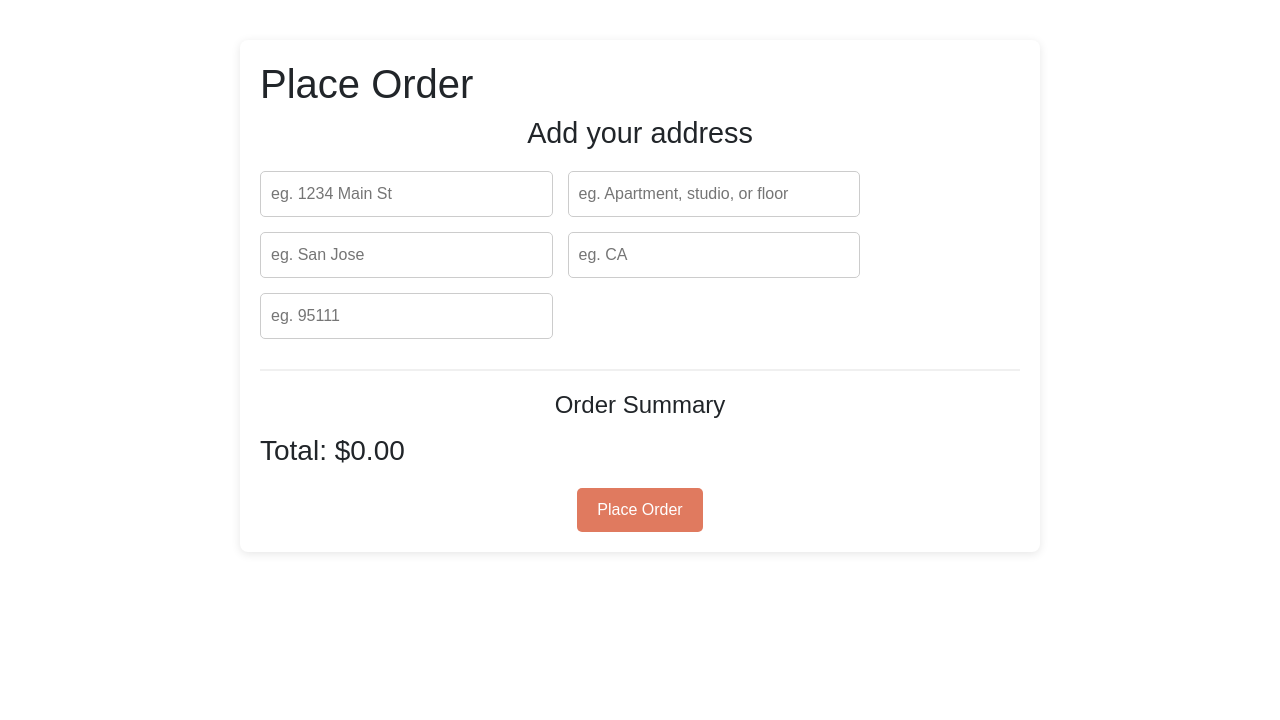
Repository: chelseajaculina/lab2-uber-eats
Page: /order (app in frontend/)
These files come from the project's save history. The page is drawn as it stood at one moment and after the next save; the edit follows.
The browser window is 1280 px wide. The pictures show the whole page.
The page's requests for data from a server got no answer. The project was rebuilt for these pictures with package versions that can differ from the ones it lists, and the page was loaded fresh each time. No one was signed in, and anything a server would have sent is missing. Also part of the build but not shown: frontend/src/components/Home.css, frontend/src/components/Logout.css, frontend/src/components/Logout.js, frontend/src/components/CartModal.css, frontend/src/components/CartModal.js, frontend/src/components/NavBarHome.js, frontend/src/components/Home.js, frontend/src/components/CustomerSignUp.js and 25 more.

Above is the page before, as saved 2024-11-21 17:39:23.

### frontend/src/components/OrderPage.js
import React, { useState, useEffect } from 'react';
import { useLocation, useNavigate } from 'react-router-dom';
import './OrderPage.css';

const OrderPage = () => {
  const location = useLocation();
  const navigate = useNavigate();
  const cart = location.state?.cart || []; // Retrieve cart data from navigation state

  const [addresses, setAddresses] = useState([]);
  const [selectedAddress, setSelectedAddress] = useState('');
  const [isOrderPlaced, setIsOrderPlaced] = useState(false); // State to track if the order is placed

  const calculateTotal = () =>
    cart.reduce((total, item) => total + (parseFloat(item.price) || 0) * item.quantity, 0).toFixed(2);

  // Fetch saved addresses from the backend
  useEffect(() => {
    const fetchAddresses = async () => {
      try {
        const response = await fetch('/api/customers/addresses', {
          method: 'GET',
          headers: {
            'Content-Type': 'application/json',
            Authorization: `Bearer ${localStorage.getItem('token')}`, // Add token if needed
          },
        });

        if (response.ok) {
          const data = await response.json();
          setAddresses(data.addresses || []);
        } else {
          console.error('Failed to fetch addresses');
        }
      } catch (error) {
        console.error('Error fetching addresses:', error);
      }
    };

    fetchAddresses();
  }, []);

  const handlePlaceOrder = () => {
    // Simulate an API call to place the order
    setTimeout(() => {
      setIsOrderPlaced(true); // Set order placed to true
    }, 1000); // Simulate delay for API call
  };

  return (
    <div className="order-page">
      <h1>Place Order</h1>
      <h2>Add your address</h2>
      <form className="new-address-form">
        <input type="text" name="street" placeholder="eg. 1234 Main St" />
        <input type="text" name="apartment" placeholder="eg. Apartment, studio, or floor" />
        <input type="text" name="city" placeholder="eg. San Jose" />
        <input type="text" name="state" placeholder="eg. CA" />
        <input type="text" name="zipcode" placeholder="eg. 95111" />
        {/* <button type="submit">Submit</button> */}
      </form>
      <div className="order-summary">
        <h2>Order Summary</h2>
        {cart.map((item) => (
          <div key={item.id} className="summary-item">
            <span>{item.name}</span>
            <span>Qty: {item.quantity}</span>
            <span>${(parseFloat(item.price) * item.quantity).toFixed(2)}</span>
          </div>
        ))}
        <h3>Total: ${calculateTotal()}</h3>
        {!isOrderPlaced && (
          <button className="place-order-button" onClick={handlePlaceOrder}>
            Place Order
          </button>
        )}
      </div>
      {isOrderPlaced && (
        <div className="confirmation-message">
          <h3>Congratulations!</h3>
          <p>
            Your order has been placed! Stay hungry, our delivery executive will
            be assigned shortly.
          </p>
          <button onClick={() => navigate('/')} className="dashboard-button">
            Go to Dashboard
          </button>
        </div>
      )}
    </div>
  );
};

export default OrderPage;

### frontend/src/components/SignUp.css
/* Shared container styling for login and signup */
.signup-container {
    display: flex;
    flex-direction: column;
    align-items: center;
    padding: 20px;
    width: 100%;
    background-color: #f7f7f7; /* Light gray background */
}

/* Shared header styling for both signup and login */
.signup-header {
    background-color: transparent;
    width: 100%;
    text-align: center;
    padding: 10px;
}

/* Brand title styling for consistency */
.brand-title {
    color: #000; /* Black color for "Uber" */
    font-size: 24px;
}

.brand-title span {
    color: #34a853; /* Green color for "Eats" */
}

/* Container to hold both forms side by side */
.signup-forms {
    display: flex;
    justify-content: space-between;
    width: 80%;
    max-width: 1200px;
    gap: 20px; /* Space between the two forms */
    margin-top: 20px;
}

/* Styling for each individual form container */
.form-container {
    flex: 1;
    background-color: white;
    padding: 20px;
    border-radius: 10px;
    box-shadow: 0 4px 10px rgba(0, 0, 0, 0.1);
    text-align: center;
}

/* Shared form styling for inputs and buttons */
.signup-form, .login-form {
    display: flex;
    flex-direction: column;
    width: 100%;
    margin-top: 20px;
}

.signup-form h2, h2 {
    text-align: center;
    font-size: 18px;
    margin-bottom: 10px;
    color: #333;
}

.signup-form input,  input {
    width: 100%;
    padding: 12px;
    margin: 8px 0;
    border-radius: 8px;
    border: 1px solid #ccc;
    font-size: 16px;
}

.continue-button {
    background-color: black;
    color: white;
    padding: 12px;
    border: none;
    border-radius: 8px;
    font-size: 16px;
    cursor: pointer;
    margin-top: 10px;
}

.divider {
    display: flex;
    align-items: center;
    text-align: center;
    margin: 20px 0;
}

.line {
    flex: 1;
    height: 1px;
    background-color: #ccc;
    border: none;
}



.google-button, .apple-button, .qr-code-button {
    display: flex;
    align-items: center;
    justify-content: center;
    background-color: #f5f5f5;
    color: black;
    padding: 12px;
    margin: 8px 0;
    border-radius: 8px;
    border: 1px solid #ccc;
    font-size: 16px;
    cursor: pointer;
}

.google-button img, .apple-button img, .qr-code-button img {
    width: 20px;
    height: 20px;
    margin-right: 10px;
}

.disclaimer {
    font-size: 12px;
    color: gray;
    text-align: center;
    margin-top: 10px;
    line-height: 1.5;
}

.link-button {
    color: #000;
    font-weight: bold;
    text-decoration: none;
    cursor: pointer;
    background: #000;  /* Remove default background */
    border: none;      /* Remove default border */
    padding: 0.5rem;   /* Optional padding to make it look button-like */
    color: #fff;
}

/* Responsive design for smaller screens */
@media (max-width: 768px) {
    .signup-forms {
        flex-direction: column;
        align-items: center;
    }

    .form-container {
        width: 100%;
        margin-bottom: 20px;
    }
}


/* Stretch buttons across form container */
.google-button, .apple-button, .qr-code-button {
    display: flex;
    align-items: center;
    justify-content: center;
    background-color: #f5f5f5;
    color: black;
    padding: 12px;
    margin: 8px 0;
    border-radius: 8px;
    border: 1px solid #ccc;
    font-size: 16px;
    cursor: pointer;
    width: 100%; /* Make buttons full width */
    max-width: 300px; /* Optional max-width to keep buttons from getting too wide */
}

/* Center the buttons within the form container */
.signup-form, .login-form {
    display: flex;
    flex-direction: column;
    align-items: center; /* Center all elements horizontally */
    width: 100%;
    margin-top: 20px;
}

/* Center the button icon */
.google-button .icon, .apple-button .icon, .qr-code-button .icon {
    margin-right: 10px;
    font-size: 20px;
}

### frontend/src/components/CustomerProfile.css
/* Main Container */
.dashboard-container {
    display: flex;
    font-family: Arial, sans-serif;
  }

  /* Sidebar */
  .sidebar {
    width: 250px;
    background-color: #000;
    color: #fff;
    padding: 20px;
    min-height: 100vh;
  }

  .sidebar h2 {
    font-size: 1.2em;
    margin-bottom: 20px;
    color: #fff;
  }

  .sidebar ul {
    list-style-type: none;
    padding: 0;
  }

  .sidebar ul li {
    padding: 15px 0;
    color: #ccc;
    cursor: pointer;
  }

  .sidebar ul li:hover,
  .sidebar ul li.active {
    color: #fff;
    background-color: #333;
    padding-left: 10px;
    border-radius: 5px;
  }

  /* Content Section */
  .content {
    flex: 1;
    padding: 40px;
  }

  .content h1 {
    font-size: 2em;
    font-weight: bold;
    margin-bottom: 20px;
  }

  /* Form Styling */
  form {
    display: flex;
    flex-direction: column;
    gap: 15px;
    max-width: 600px;
    margin-bottom: 30px;
  }

  form label {
    font-weight: bold;
    margin-bottom: 5px;
  }

  form input[type="text"],
  form input[type="date"],
  form input[type="email"],
  form input[type="tel"],
  form select {
    width: 100%;
    padding: 10px;
    border: 1px solid #ccc;
    border-radius: 5px;
  }

  form button {
    padding: 10px 15px;
    background-color: #28a745;
    color: #fff;
    border: none;
    border-radius: 5px;
    cursor: pointer;
  }

  form button:hover {
    background-color: #000;
  }

  /* Profile Picture Section */
  .profile-section {
    display: flex;
    align-items: center;
    gap: 10px;
    margin-bottom: 20px;
  }

  .profile-picture {
    width: 100px;
    height: 100px;
    border-radius: 75%;
    object-fit: cover;
    border: 1px solid #ccc;
  }

  .profile-picture-input {
    margin-top: 10px;
  }

  .profile-picture-btn {
    padding: 8px 12px;
    background-color: #28a745;
    color: #fff;
    border: none;
    border-radius: 5px;
    cursor: pointer;
    margin-top: 10px;
  }

  .profile-picture-btn:hover {
    background-color: #000000;
  }

  /* Favorites Section */
  .favorites-section {
    margin-top: 30px;
  }

  .favorites-section h2 {
    font-size: 1.5em;
    font-weight: bold;
    margin-bottom: 10px;
  }

  .favorites-section ul {
    list-style-type: none;
    padding: 0;
  }

  .favorites-section li {
    padding: 10px 0;
    border-bottom: 1px solid #eee;
  }

  /* Edit Icon Styling (optional) */
  .edit-icon {
    cursor: pointer;
    font-size: 1.2em;
    color: #007bff;
    background: #fff;
    border-radius: 50%;
    padding: 5px;
    border: 1px solid #007bff;
  }

### frontend/src/components/RestaurantProfile.css
/* Main Container */
.dashboard-container {
    display: flex;
    font-family: Arial, sans-serif;
  }

  /* Sidebar */
  .sidebar {
    width: 250px;
    background-color: #000;
    color: #fff;
    padding: 20px;
    min-height: 100vh;
  }

  .sidebar h2 {
    font-size: 1.2em;
    margin-bottom: 20px;
    color: #fff;
  }

  .sidebar ul {
    list-style-type: none;
    padding: 0;
  }

  .sidebar ul li {
    padding: 15px 0;
    color: #ccc;
    cursor: pointer;
  }

  .sidebar ul li:hover,
  .sidebar ul li.active {
    color: #fff;
    background-color: #333;
    padding-left: 10px;
    border-radius: 5px;
  }

  /* Content Section */
  .content {
    flex: 1;
    padding: 40px;
  }

  .content h1 {
    font-size: 2em;
    font-weight: bold;
    margin-bottom: 20px;
  }

  /* Form Styling */
  form {
    display: flex;
    flex-direction: column;
    gap: 15px;
    max-width: 600px;
    margin-bottom: 30px;
  }

  form label {
    font-weight: bold;
    margin-bottom: 5px;
  }

  form input[type="text"],
  form input[type="date"],
  form input[type="email"],
  form input[type="tel"],
  form select {
    width: 100%;
    padding: 10px;
    border: 1px solid #ccc;
    border-radius: 5px;
  }

  form button {
    padding: 10px 15px;
    background-color: #28a745;
    color: #fff;
    border: none;
    border-radius: 5px;
    cursor: pointer;
  }

  form button:hover {
    background-color: #000;
  }

  /* Profile Picture Section */
  .profile-section {
    display: flex;
    align-items: center;
    gap: 10px;
    margin-bottom: 20px;
  }

  .profile-picture {
    width: 100px;
    height: 100px;
    border-radius: 75%;
    object-fit: cover;
    border: 1px solid #ccc;
  }

  .profile-picture-input {
    margin-top: 10px;
  }

  .profile-picture-btn {
    padding: 8px 12px;
    background-color: #28a745;
    color: #fff;
    border: none;
    border-radius: 5px;
    cursor: pointer;
    margin-top: 10px;
  }

  .profile-picture-btn:hover {
    background-color: #000000;
  }

  /* Favorites Section */
  .favorites-section {
    margin-top: 30px;
  }

  .favorites-section h2 {
    font-size: 1.5em;
    font-weight: bold;
    margin-bottom: 10px;
  }

  .favorites-section ul {
    list-style-type: none;
    padding: 0;
  }

  .favorites-section li {
    padding: 10px 0;
    border-bottom: 1px solid #eee;
  }

  /* Edit Icon Styling (optional) */
  .edit-icon {
    cursor: pointer;
    font-size: 1.2em;
    color: #007bff;
    background: #fff;
    border-radius: 50%;
    padding: 5px;
    border: 1px solid #007bff;
  }

### frontend/src/components/RestaurantMenu.css
/* General Reset */
* {
  margin: 0;
  padding: 0;
  box-sizing: border-box;
  font-family: Arial, Helvetica, sans-serif;
}

/* Container for the entire menu section */
.restaurant-menu {
  width: 100%;
  padding: 20px;
  display: flex;
  flex-direction: column;
  align-items: center;
  background-color: #f5f5f5;
}

/* Title of the menu */
.menu-title {
  font-size: 2rem;
  margin-bottom: 20px;
  color: #333;
}

/* Section for the add dish button */
.add-dish-section {
  width: 100%;
  display: flex;
  justify-content: center;
  margin-bottom: 20px;
}

.add-dish-button {
  padding: 10px 20px;
  font-size: 1rem;
  background-color: black;
  color: white;
  border: none;
  border-radius: 5px;
  cursor: pointer;
  transition: background-color 0.3s;
}

.add-dish-button:hover {
  background-color: #333;
}

/* Dishes list */
.dishes-list {
  width: 100%;
  display: flex;
  flex-wrap: wrap;
  justify-content: center;
  gap: 20px;
}

/* Individual dish card */
.dish-card {
  background-color: white;
  width: 250px;
  padding: 10px;
  border-radius: 10px;
  box-shadow: 0 4px 8px rgba(0, 0, 0, 0.1);
  text-align: center;
  display: flex;
  flex-direction: column;
  align-items: center;
}

.dish-image {
  width: 100%;
  height: 180px;
  object-fit: cover;
  border-radius: 10px;
  margin-bottom: 10px;
}

.dish-card h3 {
  font-size: 1.2rem;
  color: #333;
}

.dish-card p {
  font-size: 0.9rem;
  color: #555;
}

.dish-card strong {
  color: #000;
}

/* Modal overlay */
.modal-overlay {
  position: fixed;
  top: 0;
  left: 0;
  width: 100%;
  height: 100%;
  background-color: rgba(0, 0, 0, 0.5);
  display: flex;
  justify-content: center;
  align-items: center;
}

/* Modal content */
.modal-content {
  background-color: white;
  padding: 20px;
  width: 400px;
  border-radius: 10px;
  box-shadow: 0 4px 8px rgba(0, 0, 0, 0.2);
}

.modal-content h2 {
  font-size: 1.5rem;
  margin-bottom: 20px;
  color: #333;
}

.dish-form {
  display: flex;
  flex-direction: column;
  gap: 10px;
}

.dish-form input,
.dish-form select,
.dish-form textarea {
  padding: 10px;
  font-size: 1rem;
  border: 1px solid #ccc;
  border-radius: 5px;
  width: 100%;
  box-sizing: border-box;
}

.dish-form textarea {
  resize: vertical;
  height: 100px;
}

.form-buttons {
  display: flex;
  justify-content: space-between;
}

.save-button {
  background-color: #00cc66;
  color: white;
  padding: 10px 20px;
  border: none;
  border-radius: 5px;
  cursor: pointer;
  transition: background-color 0.3s;
}

.save-button:hover {
  background-color: #00a653;
}

.cancel-button {
  background-color: #ccc;
  color: #333;
  padding: 10px 20px;
  border: none;
  border-radius: 5px;
  cursor: pointer;
  transition: background-color 0.3s;
}

.cancel-button:hover {
  background-color: #bbb;
}

/* Price input styling */
.price-input {
  display: flex;
  align-items: center;
}

.price-input span {
  margin-right: 10px;
  font-size: 1rem;
  color: #333;
}

/* Loading message */
.loading {
  text-align: center;
  font-size: 1.2rem;
  color: #333;
}

### frontend/src/components/OrderPage.css
.order-page {
    max-width: 800px;
    margin: 40px auto;
    background-color: white;
    padding: 20px;
    border-radius: 8px;
    box-shadow: 0 2px 10px rgba(0, 0, 0, 0.1);
  }

  .order-page h2 {
    font-size: 1.8rem;
    margin-bottom: 20px;
    text-align: center;
  }

  .address-dropdown {
    width: 100%;
    padding: 10px;
    border: 1px solid #ccc;
    border-radius: 5px;
    margin-bottom: 20px;
  }

  .new-address-form {
    display: grid;
    grid-template-columns: 1fr 1fr;
    gap: 15px;
    margin-bottom: 20px;
  }

  .new-address-form input {
    width: 100%;
    padding: 10px;
    border: 1px solid #ccc;
    border-radius: 5px;
  }

  .new-address-form button {
    grid-column: span 2;
    background-color: #3d5a80;
    color: white;
    border: none;
    padding: 10px;
    border-radius: 5px;
    cursor: pointer;
  }

  .new-address-form button:hover {
    opacity: 0.9;
  }

  .order-summary {
    margin-top: 30px;
    border-top: 2px solid #f0f0f0;
    padding-top: 20px;
  }

  .order-summary h2 {
    font-size: 1.5rem;
    margin-bottom: 15px;
  }

  .summary-item {
    display: flex;
    justify-content: space-between;
    padding: 10px 0;
    border-bottom: 1px solid #f0f0f0;
  }

  .summary-item:last-child {
    border-bottom: none;
  }

  .place-order-button {
    background-color: #e07a5f;
    color: white;
    border: none;
    padding: 10px 20px;
    border-radius: 5px;
    cursor: pointer;
    display: block;
    margin: 20px auto 0;
    font-size: 1rem;
  }

  .place-order-button:hover {
    opacity: 0.9;
  }

  .confirmation-message {
    margin-top: 20px;
    padding: 20px;
    border: 1px solid #d4edda;
    background-color: #d4edda;
    color: #155724;
    border-radius: 5px;
    text-align: center;
  }

  .dashboard-button {
    margin-top: 10px;
    padding: 10px 20px;
    background-color: #007bff;
    color: white;
    border: none;
    border-radius: 5px;
    cursor: pointer;
  }

  .dashboard-button:hover {
    opacity: 0.9;
  }

Loaded but not shown: frontend/public/index.html (common file); frontend/src/App.js (86 lines, source omitted); frontend/src/contexts/CartContext.js (42 lines, source omitted); frontend/src/index.js (14 lines, source omitted); frontend/src/components/NavBar.css (372 lines, source omitted); frontend/src/components/NavBarBusiness.css (260 lines, source omitted); frontend/src/components/Welcome.css (197 lines, source omitted)

After the next save:
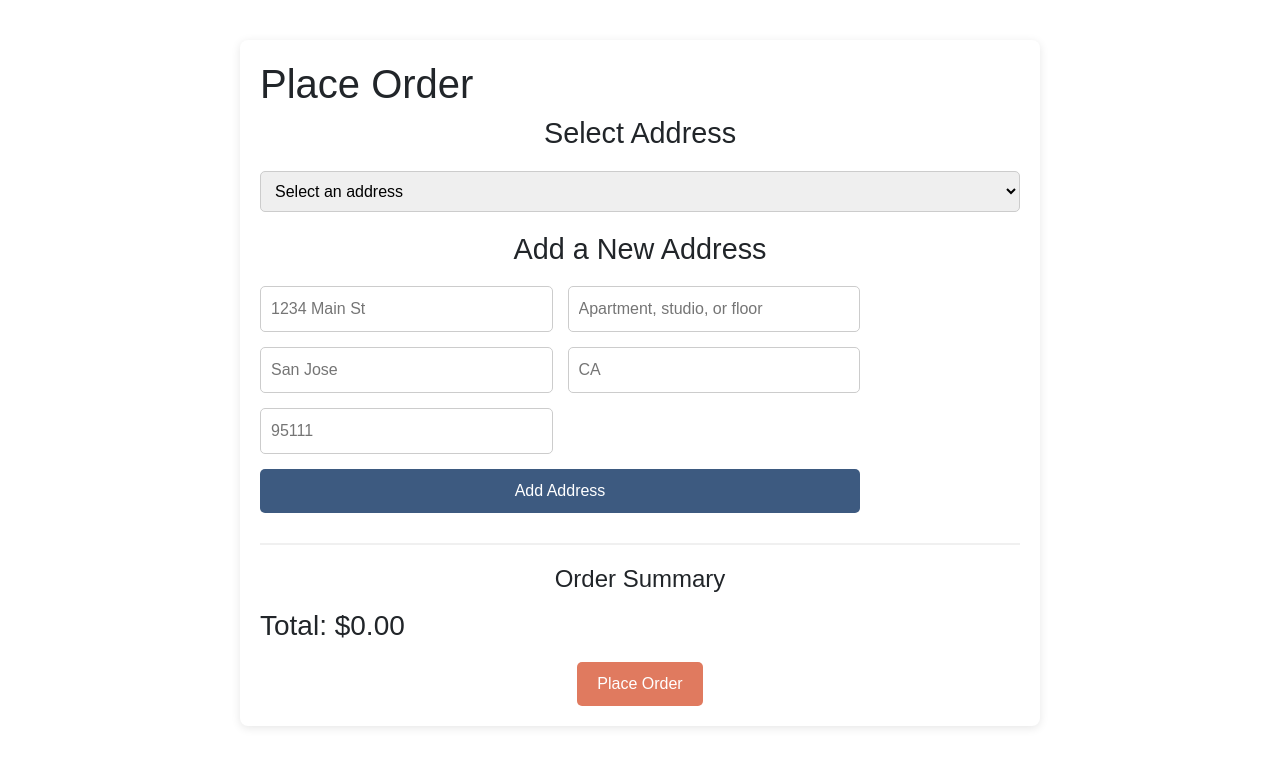
Saved 68 s later.
--- a/frontend/src/components/OrderPage.js
+++ b/frontend/src/components/OrderPage.js
@@ -9,7 +9,14 @@ const OrderPage = () => {
 
   const [addresses, setAddresses] = useState([]);
   const [selectedAddress, setSelectedAddress] = useState('');
-  const [isOrderPlaced, setIsOrderPlaced] = useState(false); // State to track if the order is placed
+  const [newAddress, setNewAddress] = useState({
+    street: '',
+    apartment: '',
+    city: '',
+    state: '',
+    zipcode: '',
+  });
+  const [isOrderPlaced, setIsOrderPlaced] = useState(false);
 
   const calculateTotal = () =>
     cart.reduce((total, item) => total + (parseFloat(item.price) || 0) * item.quantity, 0).toFixed(2);
@@ -40,25 +47,132 @@ const OrderPage = () => {
     fetchAddresses();
   }, []);
 
-  const handlePlaceOrder = () => {
-    // Simulate an API call to place the order
-    setTimeout(() => {
-      setIsOrderPlaced(true); // Set order placed to true
-    }, 1000); // Simulate delay for API call
+  const handleNewAddressChange = (e) => {
+    const { name, value } = e.target;
+    setNewAddress({ ...newAddress, [name]: value });
+  };
+
+  const handleAddAddress = async (e) => {
+    e.preventDefault();
+    try {
+      const response = await fetch('/api/customers/addresses', {
+        method: 'POST',
+        headers: {
+          'Content-Type': 'application/json',
+          Authorization: `Bearer ${localStorage.getItem('token')}`, // Add token if needed
+        },
+        body: JSON.stringify(newAddress),
+      });
+
+      if (response.ok) {
+        const addedAddress = `${newAddress.street}, ${newAddress.apartment}, ${newAddress.city}, ${newAddress.state}, ${newAddress.zipcode}`;
+        setAddresses([...addresses, addedAddress]);
+        setNewAddress({
+          street: '',
+          apartment: '',
+          city: '',
+          state: '',
+          zipcode: '',
+        });
+      } else {
+        console.error('Failed to add address');
+      }
+    } catch (error) {
+      console.error('Error adding address:', error);
+    }
+  };
+
+  const handlePlaceOrder = async () => {
+    const orderDetails = {
+      customer: 'Customer Name', // Replace with dynamic customer retrieval
+      restaurant_id: cart[0]?.restaurant_id, // Assuming cart has a valid restaurant ID
+      dish_ids: cart.map((item) => item.id), // Extract dish IDs
+      address: selectedAddress,
+    };
+
+    try {
+      const response = await fetch('/create-order/', {
+        method: 'POST',
+        headers: {
+          'Content-Type': 'application/json',
+          Authorization: `Bearer ${localStorage.getItem('token')}`, // Add token if required
+        },
+        body: JSON.stringify(orderDetails),
+      });
+
+      if (response.ok) {
+        setIsOrderPlaced(true);
+      } else {
+        console.error('Failed to place order');
+        alert('Failed to place order. Please try again.');
+      }
+    } catch (error) {
+      console.error('Error placing order:', error);
+      alert('An error occurred while placing your order. Please try again.');
+    }
   };
 
   return (
     <div className="order-page">
       <h1>Place Order</h1>
-      <h2>Add your address</h2>
-      <form className="new-address-form">
-        <input type="text" name="street" placeholder="eg. 1234 Main St" />
-        <input type="text" name="apartment" placeholder="eg. Apartment, studio, or floor" />
-        <input type="text" name="city" placeholder="eg. San Jose" />
-        <input type="text" name="state" placeholder="eg. CA" />
-        <input type="text" name="zipcode" placeholder="eg. 95111" />
-        {/* <button type="submit">Submit</button> */}
+      <h2>Select Address</h2>
+      <select
+        className="address-dropdown"
+        value={selectedAddress}
+        onChange={(e) => setSelectedAddress(e.target.value)}
+      >
+        <option value="">Select an address</option>
+        {addresses.map((address, index) => (
+          <option key={index} value={address}>
+            {address}
+          </option>
+        ))}
+      </select>
+
+      <h2>Add a New Address</h2>
+      <form className="new-address-form" onSubmit={handleAddAddress}>
+        <input
+          type="text"
+          name="street"
+          placeholder="1234 Main St"
+          value={newAddress.street}
+          onChange={handleNewAddressChange}
+          required
+        />
+        <input
+          type="text"
+          name="apartment"
+          placeholder="Apartment, studio, or floor"
+          value={newAddress.apartment}
+          onChange={handleNewAddressChange}
+        />
+        <input
+          type="text"
+          name="city"
+          placeholder="San Jose"
+          value={newAddress.city}
+          onChange={handleNewAddressChange}
+          required
+        />
+        <input
+          type="text"
+          name="state"
+          placeholder="CA"
+          value={newAddress.state}
+          onChange={handleNewAddressChange}
+          required
+        />
+        <input
+          type="text"
+          name="zipcode"
+          placeholder="95111"
+          value={newAddress.zipcode}
+          onChange={handleNewAddressChange}
+          required
+        />
+        <button type="submit">Add Address</button>
       </form>
+
       <div className="order-summary">
         <h2>Order Summary</h2>
         {cart.map((item) => (
@@ -70,7 +184,7 @@ const OrderPage = () => {
         ))}
         <h3>Total: ${calculateTotal()}</h3>
         {!isOrderPlaced && (
-          <button className="place-order-button" onClick={handlePlaceOrder}>
+          <button className="place-order-button" onClick={handlePlaceOrder} disabled={!selectedAddress}>
             Place Order
           </button>
         )}
@@ -79,8 +193,7 @@ const OrderPage = () => {
         <div className="confirmation-message">
           <h3>Congratulations!</h3>
           <p>
-            Your order has been placed! Stay hungry, our delivery executive will
-            be assigned shortly.
+            Your order has been placed! Stay hungry, our delivery executive will be assigned shortly.
           </p>
           <button onClick={() => navigate('/')} className="dashboard-button">
             Go to Dashboard
